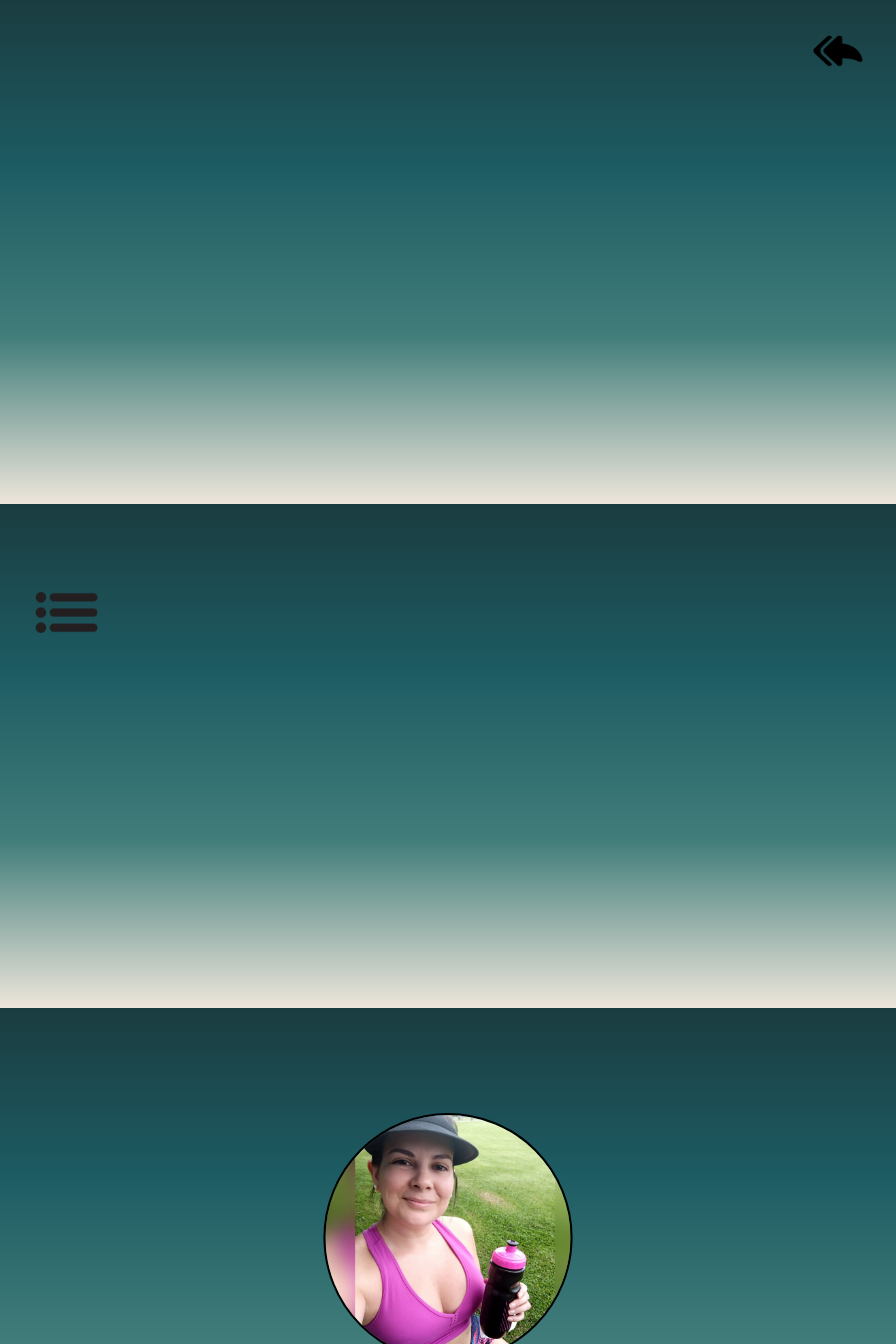
Repository: AnaBerlanda/AppAcademia
Page: config.html
These files come from the project's save history. The page is drawn as it stood at one moment and after the next save; the edit follows.
The browser window is 1280 px wide. The pictures show the part of the page from y = 0 to 1920 px (the page is 5324 px tall before and 2255 px after), at 70% of full size.

Above is the page before, as saved 2022-05-04 16:08:24.

After the next save:
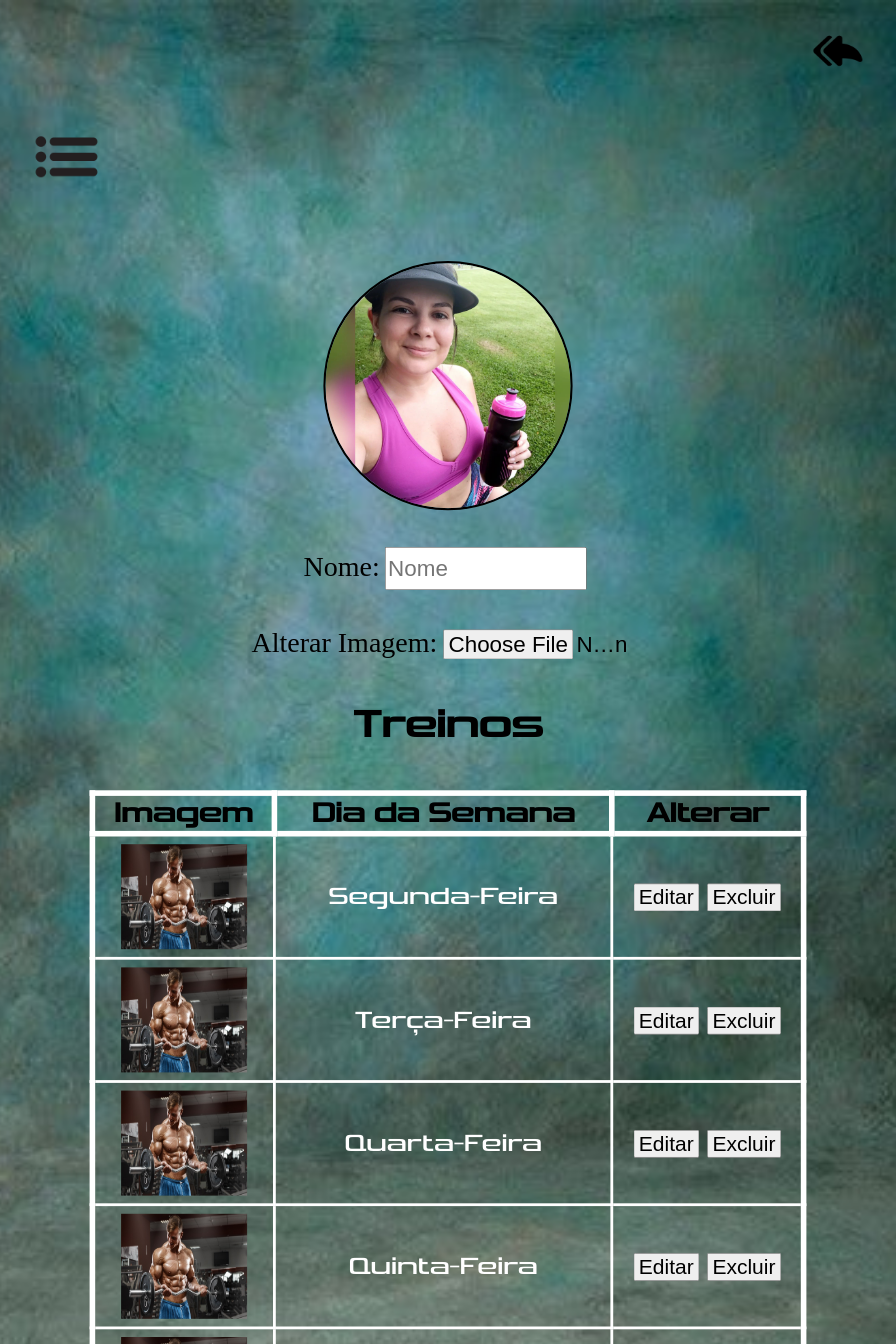
Saved 63 s later.
--- a/index.css
+++ b/index.css
@@ -1,12 +1,11 @@
-*{
-    height: 100%;
-}
-    body{
+body{
     text-align: center;
     height: 100%;
     margin: 0;
-    background-image: linear-gradient(to top, #EDE6DB, #417D7A, #1D5C63, #1A3C40);
-
+    background-image: url("img/fu.jpg");
+    background-position: center;
+    background-size: cover;
+    background-repeat: repeat;
 }
 #redonda{
     width: 350px;
